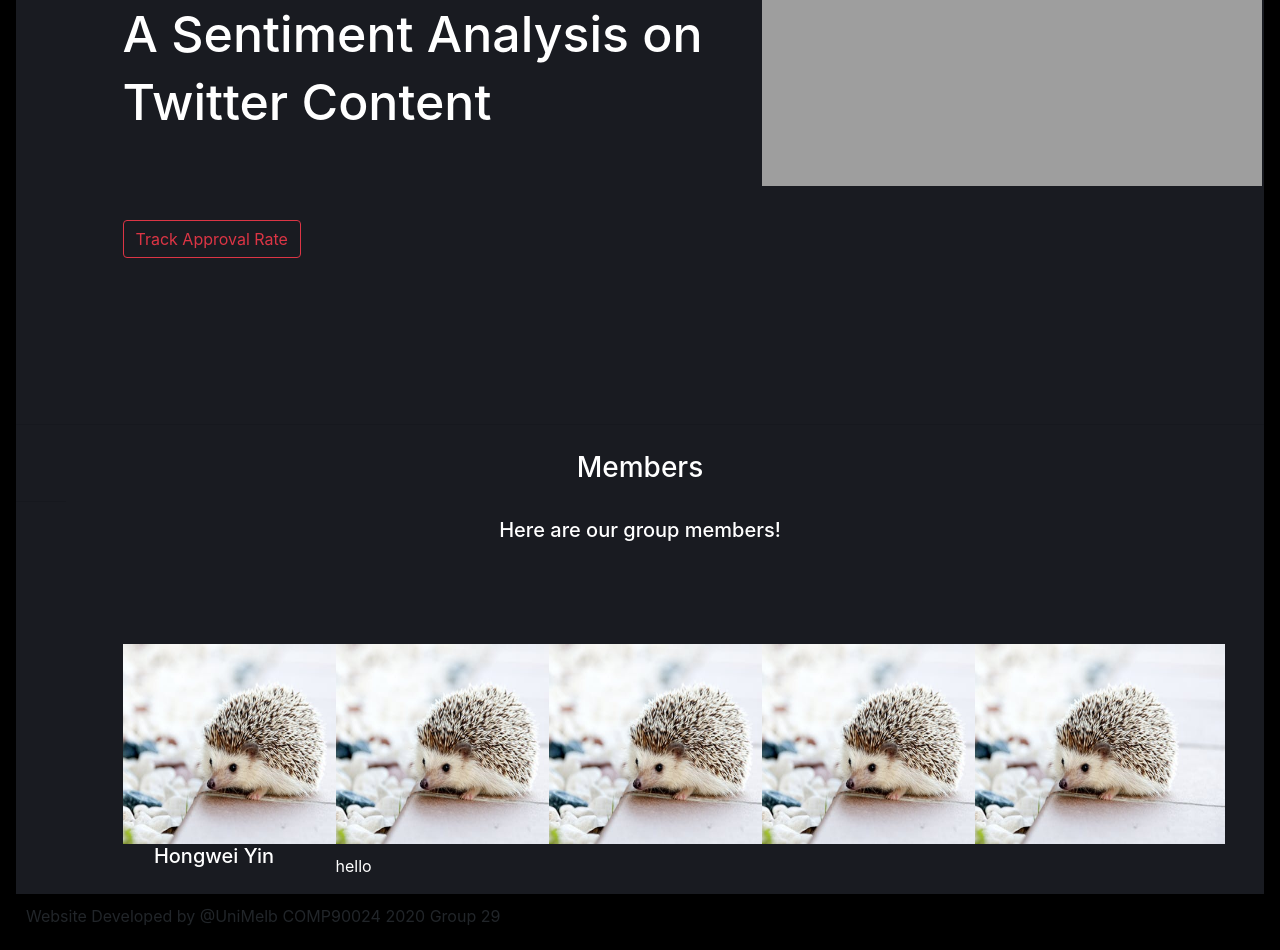
Repository: gusyi/COMP90024_Team29
Page: frontend/templates/frontend/home.html
The author's editor kept a copy of each file at every save. The page is drawn from the files as they stood at one save, then again after the next save.
The browser window is 1280 px wide. The pictures show the part of the page from y = 493 to 1445 px (the page is 1443 px tall before and 1445 px after).
Pictures or frames that could not be fetched are drawn as grey boxes. Some web libraries are served in a nearby version. The template is drawn by Django 3.2. The application's start-up code is not run. Other server files are loaded and not shown. The template is opened directly, without the code that normally fills it, so the values that code supplies are empty.

Above is the page before, as saved 2020-05-25 23:38:40.

### backend/frontend/templates/frontend/home.html
{% extends "base_generic.html" %}

{% block main%}

    <div style="background-color:rgb(25, 27, 33);">


    <div style="height: 30px"></div>

    <div class="row">
        <div class="col-sm-1"></div>
        <div class="col-sm-6">
           <div style="height: 70px"></div>
            <h1 style="font-size:100px;color:white;" > Scott Morrison</h1>
            <svg height="30" width="1000">
                <line x1="0" y1="30" x2="400" y2="30" style="stroke:rgb(255,255,255);stroke-width:20" />
            </svg>
            <div style="height: 20px"></div>
            <h1 style="font-size:50px;color:white;" > A Sentiment Analysis on</h1>
            <h1 style="font-size:50px;color:white;" > Twitter Content</h1>

            <div style="height: 80px"></div>
            <a href="/map/"><button type="button" class="btn btn-outline-danger">Track Approval Rate</button></a>


        </div>
        <div class="col-sm-5">
            <div style="height: 50px"></div>
            {% load static %}
            <img src="{% static 'frontend/images/test2.svg' %}" width="500" height="500"/>


        </div>

    </div>
    <div style="height: 150px"></div>
    <hr>

    <div style="height: 10px"></div>
    <h3  style="text-align: center;color:white;"> Members</h3>
    <hr style="width:50px;text-align:center;color:white;margin-left:0">
    <h5  style="text-align: center;color:white;"> Here are our group members!</h5>
    <br>
    <div style="height: 20px"></div>
    <div class="row">
        <div class="col-sm-1"></div>
        <div class="col-sm-2">

            <div style="height: 50px"></div>
            {% load static %}
            <img src="{% static 'frontend/images/pic1.jpeg' %}" width="250" height="200"/>

            <h5 style="text-align: center;color:white;">Hongwei Yin</h5>


        </div>

        <div class="col-sm-2">
            <div style="height: 50px"></div>
            {% load static %}
            <img src="{% static 'frontend/images/pic1.jpeg' %}" width="250" height="200"/>
            <div style="height: 10px"></div>
            <p style="color:white;"> hello</p>


        </div>

        <div class="col-sm-2">
            <div style="height: 50px"></div>
            {% load static %}
            <img src="{% static 'frontend/images/pic1.jpeg' %}" width="250" height="200"/>


        </div>

        <div class="col-sm-2">
            <div style="height: 50px"></div>
            {% load static %}
            <img src="{% static 'frontend/images/pic1.jpeg' %}" width="250" height="200"/>


        </div>

        <div class="col-sm-2">
            <div style="height: 50px"></div>
            {% load static %}
            <img src="{% static 'frontend/images/pic1.jpeg' %}" width="250" height="200"/>


        </div>

    </div>



    <div>

    </div>
    </div>



{% endblock %}

### backend/frontend/templates/base_generic.html
<!doctype html>
<html lang="en">
  <head>
    <meta charset="utf-8">
    <meta name="viewport" content="width=device-width, initial-scale=1, shrink-to-fit=no">
    <meta name="description" content="">
    <meta name="author" content="Mark Otto, Jacob Thornton, and Bootstrap contributors">
    <meta name="generator" content="Jekyll v3.8.6">
    {% block title %}<title>Morrison Index</title>{% endblock %}


    <link rel="canonical" href="https://getbootstrap.com/docs/4.4/examples/cover/">

  {% load static %}
  <link rel="stylesheet" href="{% static 'frontend/bootstrap.min.css' %}">
  <script src="https://kit.fontawesome.com/e01ef97213.js" crossorigin="anonymous"></script>

    <!-- Favicons -->
<link rel="apple-touch-icon" href="/docs/4.4/assets/img/favicons/apple-touch-icon.png" sizes="180x180">
<link rel="icon" href="/docs/4.4/assets/img/favicons/favicon-32x32.png" sizes="32x32" type="image/png">
<link rel="icon" href="/docs/4.4/assets/img/favicons/favicon-16x16.png" sizes="16x16" type="image/png">
<link rel="manifest" href="/docs/4.4/assets/img/favicons/manifest.json">
<link rel="mask-icon" href="/docs/4.4/assets/img/favicons/safari-pinned-tab.svg" color="#563d7c">
<link rel="icon" href="/docs/4.4/assets/img/favicons/favicon.ico">
<meta name="msapplication-config" content="/docs/4.4/assets/img/favicons/browserconfig.xml">
<meta name="theme-color" content="#563d7c">

    <style>
        #footer {

            padding: 10px 10px 0px 10px;
            bottom: 0;
            width: 100%;
            /* Height of the footer*/
            height: 40px;
            background: dark;
        }
        .bd-placeholder-img {
          font-size: 1.125rem;
          text-anchor: middle;
          -webkit-user-select: none;
          -moz-user-select: none;
          -ms-user-select: none;
          user-select: none;
        }

        @media (min-width: 768px) {
          .bd-placeholder-img-lg {
            font-size: 3.5rem;
          }
        }
    </style>

  </head>
  <header class="masthead mb-auto">
    <div class="inner">

        <nav class="navbar navbar-expand-lg navbar-dark bg-black">

            {% load static %}
            <img src="{% static 'frontend/images/website_logo_90_675.svg' %}" width="90" height="67"/>
            <a class="navbar-brand" href="/">Morrison Index</a>
            <button class="navbar-toggler" type="button" data-toggle="collapse" data-target="#navbarColor02" aria-controls="navbarColor02" aria-expanded="false" aria-label="Toggle navigation">
                <span class="navbar-toggler-icon"></span>
            </button>


            <div class="collapse navbar-collapse" id="navbarColor02">
                <ul class="navbar-nav mr-auto">
                <li class="nav-item active">
                    <a class="nav-link" href="/">Home <span class="sr-only">(current)</span></a>
                </li>
                <li class="nav-item">
                    <a class="nav-link" href="/map/">Map and Statistics</a>
                </li>
                </ul>

            </div>
        </nav>
    </div>
  </header>
  <body style="background-color:black;">

  {% load static %}
  <script src="{% static "frontend/main.js" %}"></script>
    <div class="cover-container d-flex w-100 h-100 p-3 mx-auto flex-column">


  <main role="main" class="inner cover">
  {% block main%}
  {% endblock%}

  </main>

  <div id="footer" >
    <div class="inner">
      <p>Website Developed by @UniMelb COMP90024 2020 Group 29</p>
    </div>
  </div>
</div>
</body>
<script src="https://code.jquery.com/jquery-3.4.1.slim.min.js" integrity="sha384-J6qa4849blE2+poT4WnyKhv5vZF5SrPo0iEjwBvKU7imGFAV0wwj1yYfoRSJoZ+n" crossorigin="anonymous"></script>
<script src="https://cdn.jsdelivr.net/npm/popper.js@1.16.0/dist/umd/popper.min.js" integrity="sha384-Q6E9RHvbIyZFJoft+2mJbHaEWldlvI9IOYy5n3zV9zzTtmI3UksdQRVvoxMfooAo" crossorigin="anonymous"></script>
<script src="https://stackpath.bootstrapcdn.com/bootstrap/4.4.1/js/bootstrap.min.js" integrity="sha384-wfSDF2E50Y2D1uUdj0O3uMBJnjuUD4Ih7YwaYd1iqfktj0Uod8GCExl3Og8ifwB6" crossorigin="anonymous"></script>

</html>

Loaded but not shown: backend/frontend/static/frontend/bootstrap.min.css (library); backend/frontend/static/frontend/main.js (library); backend/frontend/static/frontend/images/website_logo_90_675.svg (549 lines, source omitted)

After the next save:
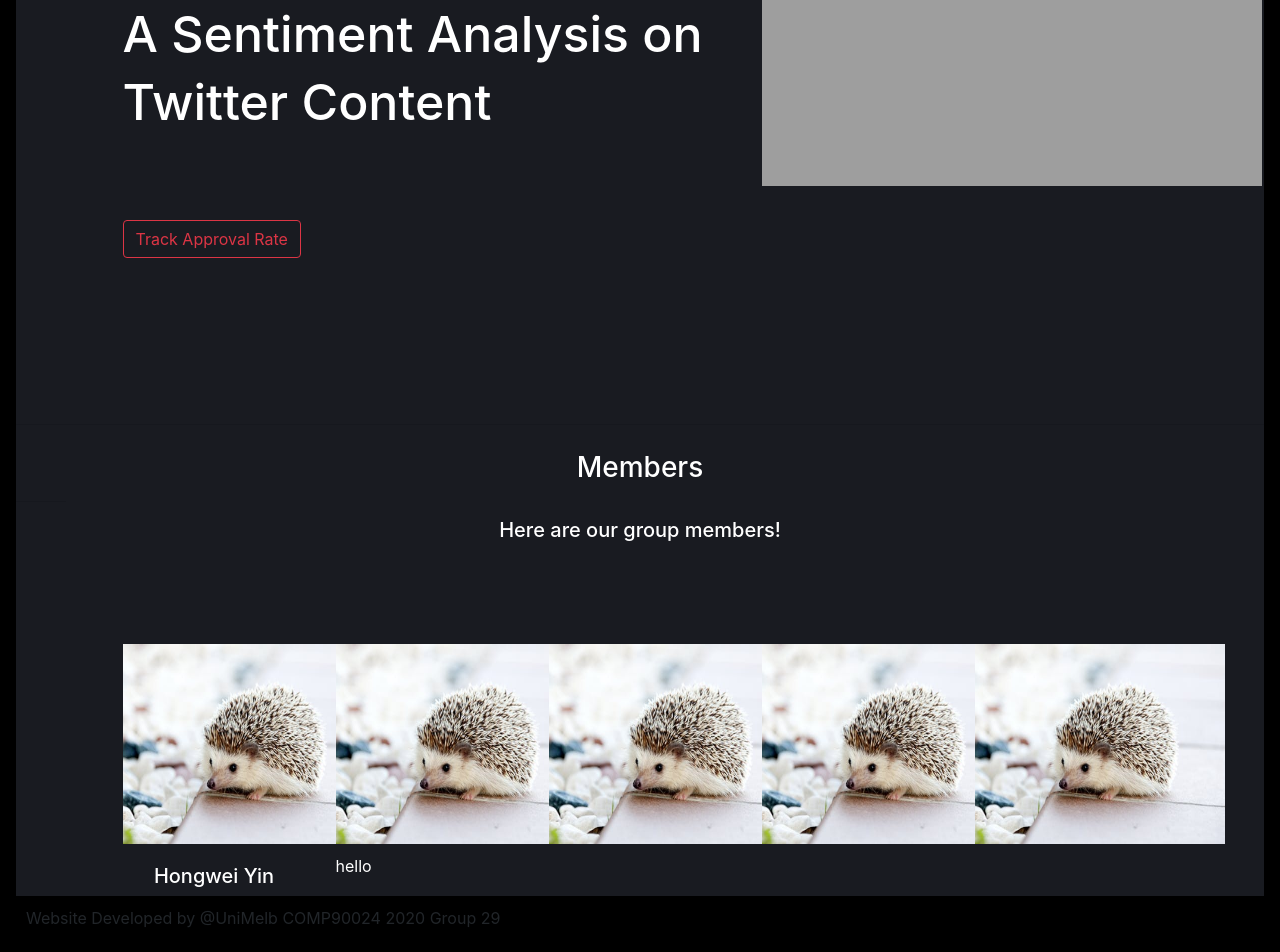
Saved 14 s later.
--- a/backend/frontend/templates/frontend/home.html
+++ b/backend/frontend/templates/frontend/home.html
@@ -49,6 +49,7 @@
             <div style="height: 50px"></div>
             {% load static %}
             <img src="{% static 'frontend/images/pic1.jpeg' %}" width="250" height="200"/>
+            <div style="height: 20px"></div>
 
             <h5 style="text-align: center;color:white;">Hongwei Yin</h5>
 
